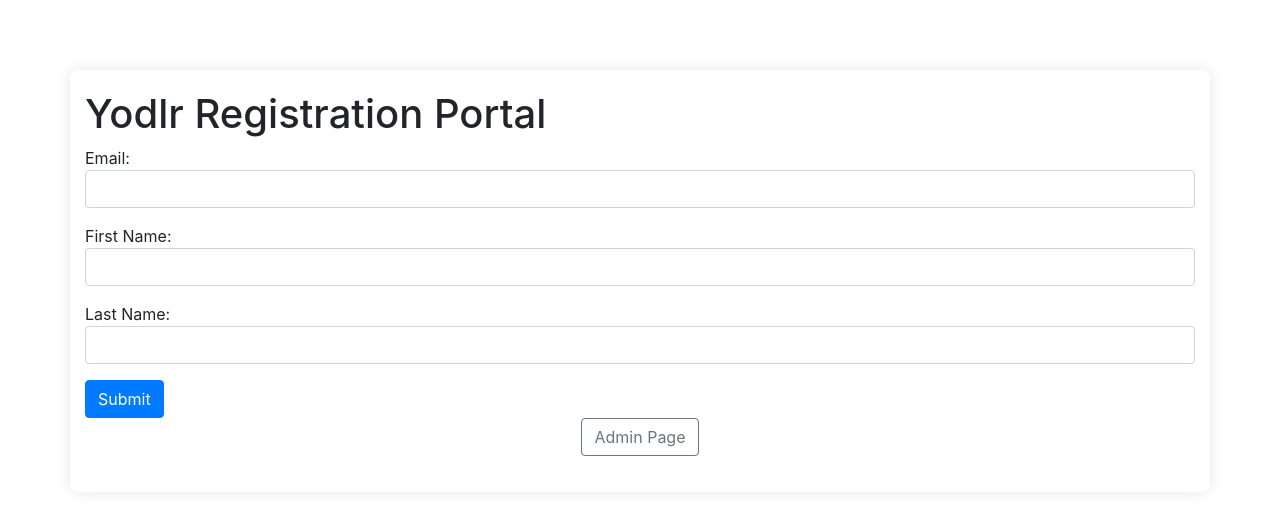
Repository: rmdayberry/yodlr-take-home
Page: public/signup.html
The author's editor kept a copy of each file at every save. The page is drawn from the files as they stood at one save, then again after the next save.
The browser window is 1280 px wide. The pictures show the whole page.

Above is the page before, as saved 2024-10-09 08:53:15.

### public/signup.html
<!DOCTYPE html>
<html>
  <head>
    <meta charset="utf-8" />
    <title>Yodlr Registration Portal</title>
    <link rel="stylesheet" href="css/styles.css" />
    <link rel="stylesheet" href="css/signup.css" />
    <link
      rel="stylesheet"
      href="https://stackpath.bootstrapcdn.com/bootstrap/4.5.2/css/bootstrap.min.css"
    />

    <script src="https://code.jquery.com/jquery-3.6.0.min.js"></script>
    <script>
      $(document).ready(function () {
        $("form").on("submit", function (e) {
          e.preventDefault();
          const email = $('input[name="email"]').val();
          const firstName = $('input[name="firstName"]').val();
          const lastName = $('input[name="lastName"]').val();

          //Post user data to server
          $.ajax({
            type: "POST",
            url: "http://localhost:3000/users",
            data: JSON.stringify({
              email: email,
              firstName: firstName,
              lastName: lastName,
            }),
            contentType: "application/json",
            success: function (response) {
              alert("User registered sucessfully: " + JSON.stringify(response));
              $("form")[0].reset(); //form clear
            },
            error: function (err) {
              alert("Error registering user: " + err.responseJSON.message);
            },
          });
        });
      });
    </script>
  </head>
  <body>
    <div class="container">
      <h1>Yodlr Registration Portal</h1>
      <form>
        <div class="form-group">
          Email:
          <input class="form-control" type="email" name="email" required />
        </div>
        <div class="form-group">
          First Name:
          <input class="form-control" type="text" name="firstName" required />
        </div>
        <div class="form-group">
          Last Name:
          <input class="form-control" type="text" name="lastName" required />
        </div>
        <button type="submit" class="btn btn-primary">Submit</button>
      </form>
      <div class="text-center">
        <p>
          <a href="/admin.html" class="btn btn-outline-secondary">Admin Page</a>
        </p>
      </div>
    </div>
  </body>
</html>

### public/css/styles.css
@import url("https://fonts.googleapis.com/css2?family=Roboto:wght@400;500;700&display=swap");

body {
  font-family: "Roboto", sans-serif;
  background-color: #f8f9fa;
  padding: 20px;
}

### public/css/signup.css
.container {
  max-width: 500px;
  margin: 50px auto;
  padding: 20px;
  background-color: white;
  border-radius: 8px;
  box-shadow: 0px 0px 15px rgba(0, 0, 0, 0.1);
}

After the next save:
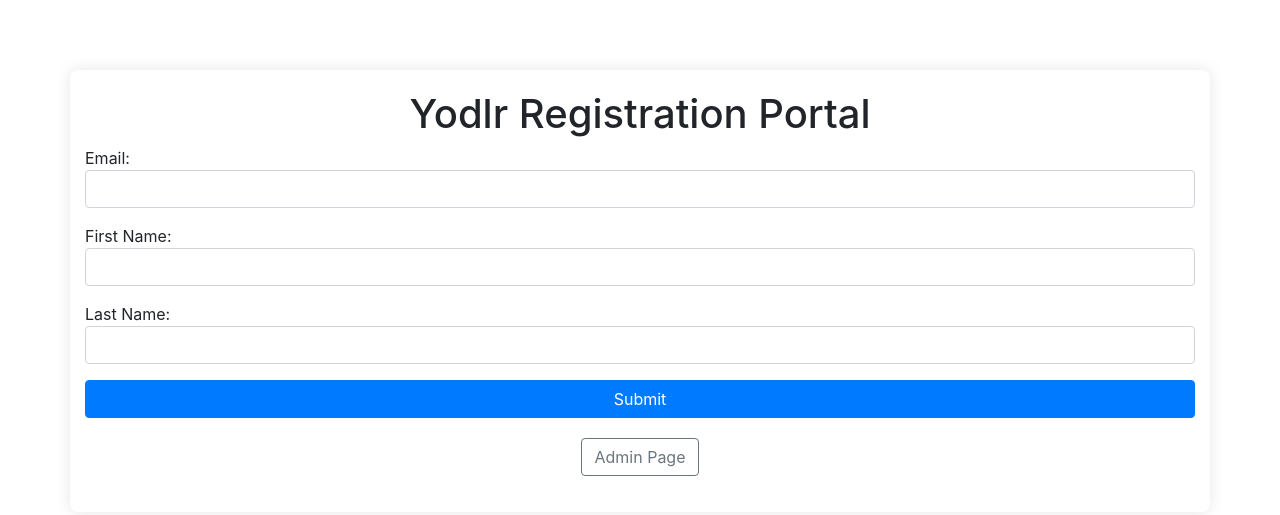
Saved 9 min 25 s later.
--- a/public/css/signup.css
+++ b/public/css/signup.css
@@ -6,3 +6,19 @@
   border-radius: 8px;
   box-shadow: 0px 0px 15px rgba(0, 0, 0, 0.1);
 }
+h1 {
+  text-align: center;
+  margin-bottom: 20px;
+}
+.form-group {
+  margin-bottom: 15px;
+}
+
+.btn-primary {
+  width: 100%;
+}
+
+.text-center {
+  text-align: center;
+  margin-top: 20px;
+}
